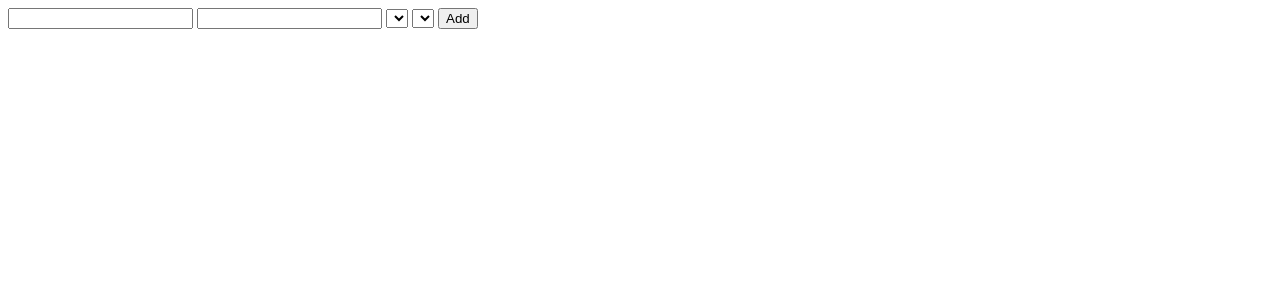
Repository: localghost/budget
Page: src/bills/templates/bills/index.html
These files come from the project's save history. The page is drawn as it stood at one moment and after the next save; the edit follows.
The browser window is 1280 px wide. The pictures show the whole page.

Above is the page before, as saved 2016-01-01 20:47:03.

After the next save:
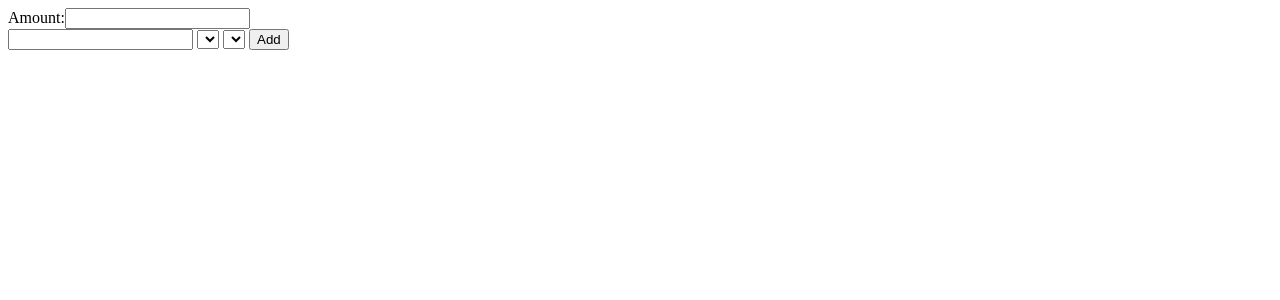
Saved 54 s later.
--- a/src/bills/templates/bills/index.html
+++ b/src/bills/templates/bills/index.html
@@ -1,5 +1,5 @@
 <form name="bill" id="bill" method="post">
-    <input type="text" name="amount">
+    <div><span>Amount:</span><input type="text" name="amount"></div>
     <input type="datetime" name="spent">
     <select name="payment_method"></select>
     <select name="category"></select>
